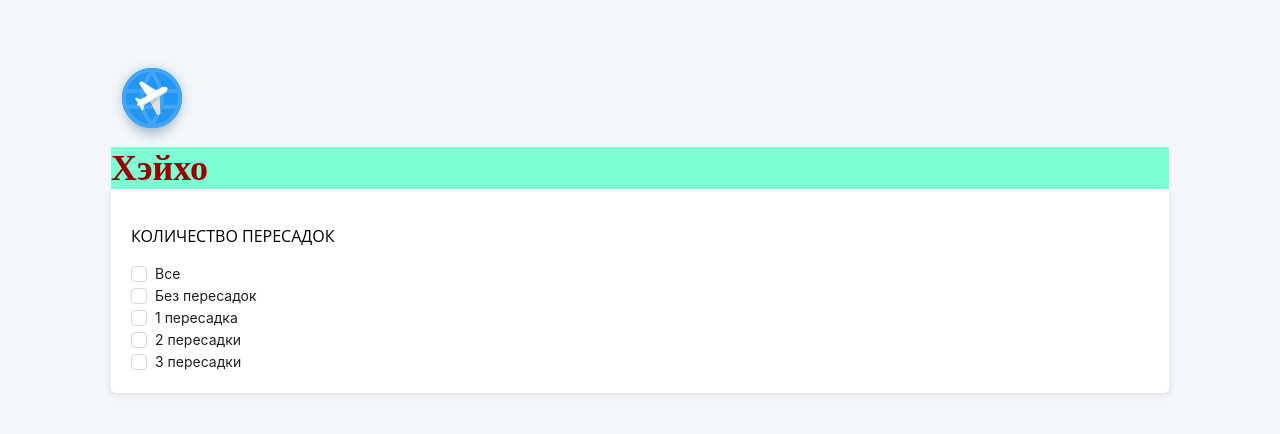
Repository: Dedoxa/aviasalesTickets
Page: /
The author's editor kept a copy of each file at every save. The page is drawn from the files as they stood at one save, then again after the next save.
The browser window is 1280 px wide. The pictures show the whole page.
The project was rebuilt for these pictures with package versions that can differ from the ones it lists, and the page was loaded fresh each time. Also part of the build but not shown: vite.config.js.

Above is the page before, as saved 2024-10-19 15:46:27.

After the next save:
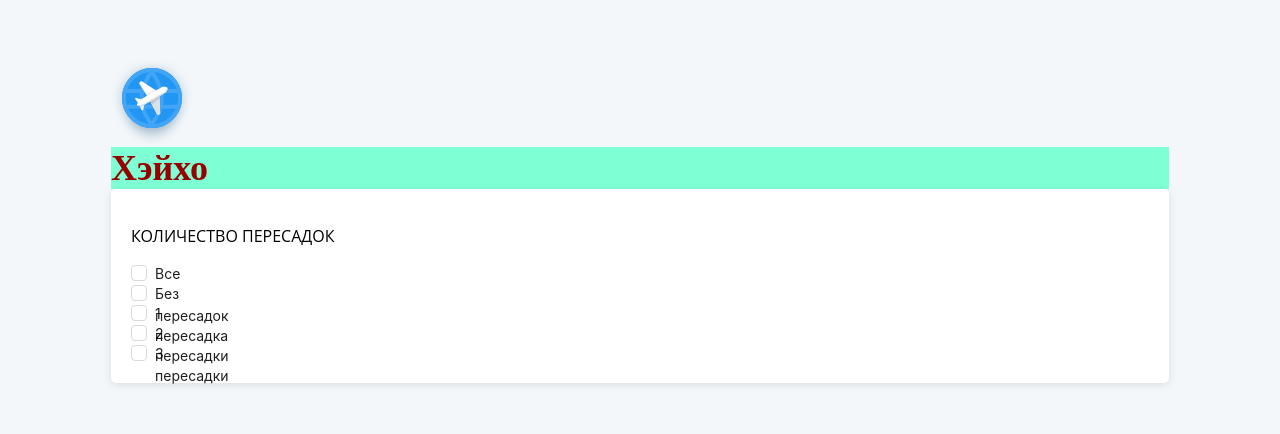
Saved 15 s later.
--- a/src/TransferFilters/TransferFilters.module.scss
+++ b/src/TransferFilters/TransferFilters.module.scss
@@ -2,7 +2,8 @@
     display: flex;
     flex-direction: column;
 
-    Checkbox {
-
+    .checkbox {
+        height: 20px;
+        width: 20px;
     }
 }

After the save that followed:
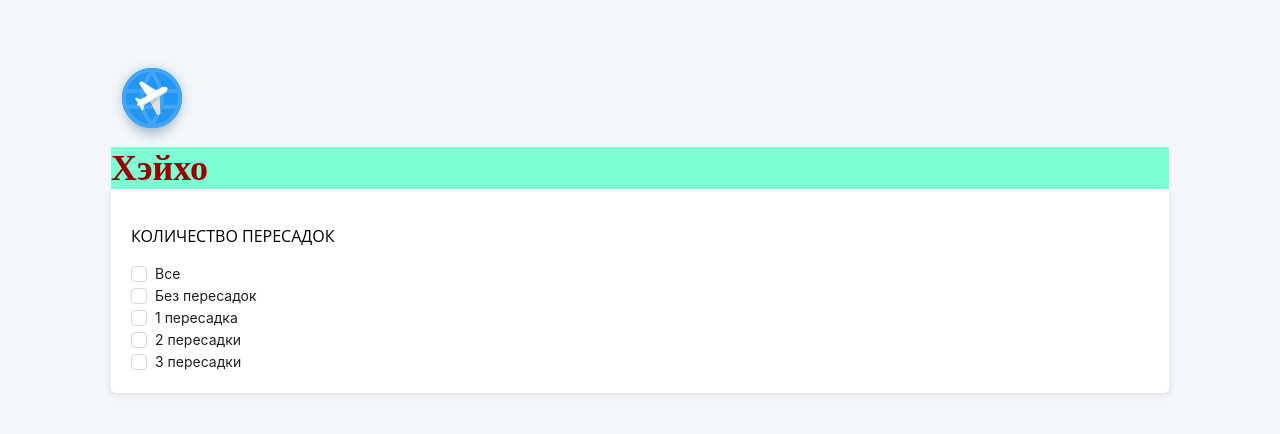
Saved 19 s later.
--- a/src/TransferFilters/TransferFilters.module.scss
+++ b/src/TransferFilters/TransferFilters.module.scss
@@ -1,9 +1,4 @@
 .checkboxContainer {
     display: flex;
     flex-direction: column;
-
-    .checkbox {
-        height: 20px;
-        width: 20px;
-    }
 }
